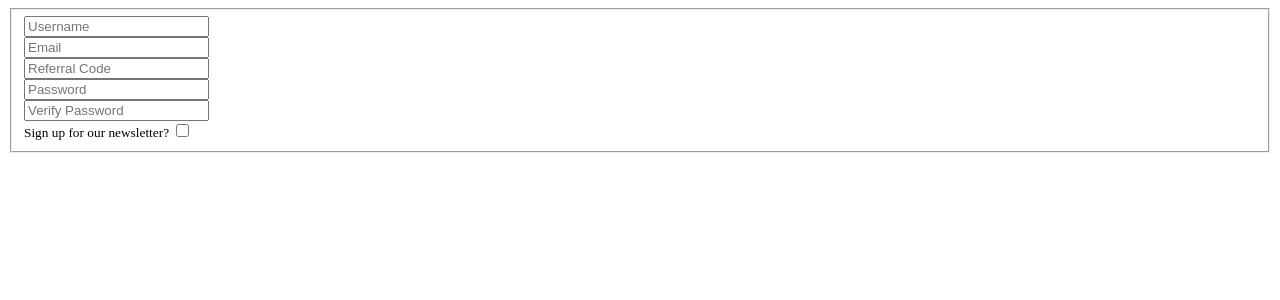
Repository: Malcolmt129/COSC484-assignment1
Page: tueats.html
The author's editor kept a copy of each file at every save. The page is drawn from the files as they stood at one save, then again after the next save.
The browser window is 1280 px wide. The pictures show the whole page.

Above is the page before, as saved 2023-02-08 15:55:11.

After the next save:
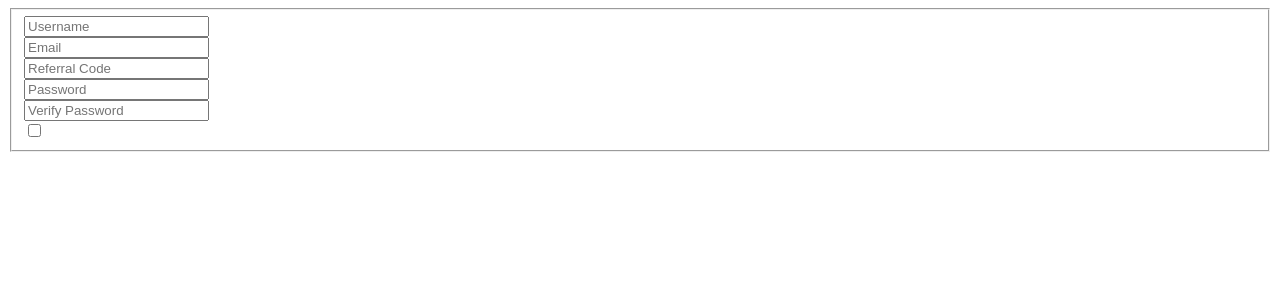
Saved 21 s later.
--- a/tueats.html
+++ b/tueats.html
@@ -12,7 +12,7 @@
                 <input type="password" name="password" placeholder="Password" required><br>
                 <input type="text" name="password_verify" placeholder="Verify Password" required><br>
 
-                <label for="SignUp" id="SignUpText"> Sign up for our newsletter? </label>
+
                 <input type="checkbox" name="SignUp">
 
 
